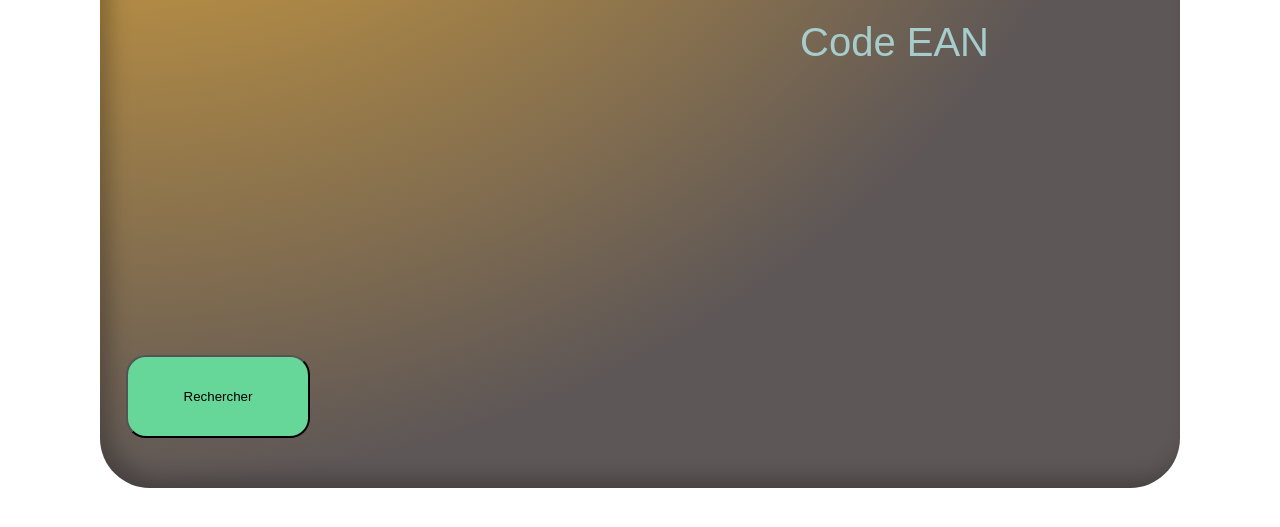
Repository: Zouz01/exo-toucan
Page: index.html
The author's editor kept a copy of each file at every save. The page is drawn from the files as they stood at one save, then again after the next save.
The browser window is 1280 px wide. The pictures show the whole page.

Above is the page before, as saved 2023-09-21 11:39:52.

### index.html
<!DOCTYPE html>
<html lang="fr">
<head>
    <meta charset="UTF-8">
    <meta name="viewport" content="width=device-width, initial-scale=1">
    <title>TOUCAN API</title>
    <link rel="stylesheet" type="text/css" href="main.css">
</head>
<body>
    <div class="container">
        <!-- Formulaire de recherche -->
        <form id="product-form" action="https://fr.openfoodfacts.org/api/v0/product/<<code_EAN_13>>" method="POST">
            <label for="code_ean">Code EAN </label>
            <input type="text" id="code_ean" name="code_ean" placeholder="Entrez le code EAN ici"><!-- Champ de saisie du code EAN -->
            <button type="submit" id="submit">Rechercher</button> <!-- Bouton de soumission du formulaire -->
        </form>

        <!-- Conteneur pour l'affichage de l'image et des informations -->
        <div><img id="img"></div>
        <div id="product-info"></div>
    </div>

    <!-- Inclusion du script JavaScript -->
    <script src="main.js"></script>
</body>
</html>

### main.css
body {
    font-family: Arial, sans-serif;




    display: flex; /* Utilisation de Flexbox pour centrer le contenu */
    justify-content: center; /* Centre horizontalement */
    align-items: center; /* Centre verticalement */

}

.container {
    width: 428px;
    height: 926px;
   position: fixed;
    text-align: center;

    background: radial-gradient(100% 100% at 0% 0%, #FFBA33 0%, #5e5757 100%);
   /* background: radial-gradient(100% 100% at 0% 0%, #A6A6A6 0.46%, #000000 78.06%);
    background: linear-gradient(167.94deg, #7AA77E 0%, #476F72 100%);*/

    opacity: 1.8;
    box-shadow: inset 10px -10px 20px rgba(0, 0, 0, 0.25);
    border-radius: 50px;
}

/* position ecriture label*/
label {

    top: 20px;
    font-size: 40px;
    color: rgb(167, 204, 204);
   left: 120px;
    position :fixed;



}
/*position img*/
#img {
    position: relative;
   border-radius: 20px;
   width: 20%;
   top: 600px;
}

/*position retour d'information produit*/
 #product-info {
    position: absolute;
    padding: 20px;
    color:rgb(171, 221, 205);
    top: 100px;

 }
h2 {
    font-size: xx-large;
    color: #7af3b1;
}
p{
    font-size: larger ;
}

/* Champ de saisie pour entrer le code EAN */
#code_ean {
    position: absolute;
   border-radius: 20px;
    width: 382px;
    height: 38px;
   right:24px ;
    top: 80px;
    font-family: 'Montserrat';
font-style: normal;
font-weight: 500;
font-size: 25px;
line-height: 30px;
text-align: center;

color: #0f0d0d;



}

/* Bouton de recherche */
button[type="submit"] {
    position: absolute;
    width: 144px;
    height: 63px;
  background-color: #67d699;
    bottom: 50px;
    border-radius: 20px;
    right: 145px;



}




/* styles pour les écrans plus grands */
@media (min-width: 900px) {
     .container {
        width: 1080px;
        height: 960px;
     }
        button[type="submit"] {
            position: absolute;
    width: 184px;
    height: 83px;
  background-color: #67d699;
    bottom: 50px;
    border-radius: 20px;
    right: 870px;
        }
        #code_ean {
            position: absolute;
           border-radius: 20px;
            width: 1382px;
            height: 68px;
           right:15% ;
            top: 80px;
            font-family: 'Montserrat';
        font-style: normal;
        font-weight: 500;
        font-size: 25px;
        line-height: 30px;
        text-align: center;
        color: #0f0d0d;

 }
 label {

    top: 20px;
    font-size: 40px;
    color: rgb(167, 204, 204);
   left: 800px;
    position :fixed;

}
#product-info {
    position: absolute;
    padding: 50px;
    color:rgb(171, 221, 205);
    top: 200px;
    left: 30%;

 }
 #img {
    position: relative;
   border-radius: 20px;
   max-width: 20%;
   max-height: 10%;
   top: 230px;
   right: 30%;
}
h2 {
    font-size: 50px;
    color: aqua;
}
p{
    font-size: 30px ;
}
}

### main.js
const form = document.querySelector("#product-form"); //Interagit avec  HTML avec l'id "product-form"
const code_ean = document.querySelector("#code_ean"); //Interagit avec  HTML  avec l'id "code_ean"
const productInfo = document.querySelector("#product-info"); //Interagit avec  HTML avec l'id "les informations produits"
const img = document.querySelector("#img");  //Interagit avec  HTML avec l'id "les images"
const submit = document.querySelector("#submit");  //Interagit avec  HTML avec l'id "Boutton envoi"


submit.addEventListener("click", (e) => { // Ecouteur d'événement sur le bouton d'envoi qui écoute un événement de clic
    e.preventDefault();

    // validation du code
    if (code_ean.value.length !== 13) {
        alert("Le code EAN doit contenir 13 chiffres.");// Le script vérifie si la valeur du champ de saisie du code EAN comporte 13 caractères
        return;                                         // Sinon, il affiche une alerte indiquant que le code EAN doit contenir 13 chiffres.
    }else

// Si code correct alors ...
    // Récupére les informations du produit depuis l'API
    fetch("https://fr.openfoodfacts.org/api/v0/product/" + code_ean.value) //Méthode pour envoyer une requête GET à l'API
        .then((reponse) => reponse.json())   //  Convertit  la réponse de l'API en JSON
        .then((data) => {                    //  Pour accéder aux données.
            let product = data.product;
            img.src = product.image_url;


             //Affiche les informations sur le produit, ( avec innerHTML on definila source de l'éléments)
             productInfo.innerHTML =`
             <h2><b>Nom</b> : ${product.abbreviated_product_name}</h2>
             <p><b>Marque</b> : ${product.brands}</p>
             <p><b>Catégorie</b> : ${product.categories}</p>
             <p><b>Ingrédients</b> : ${product.ingredients_text}</p>`
             console.log (data)
        }); // ${} veut dire interpreter

});

   /*fecht veut dire aller chercher*/

After the next save:
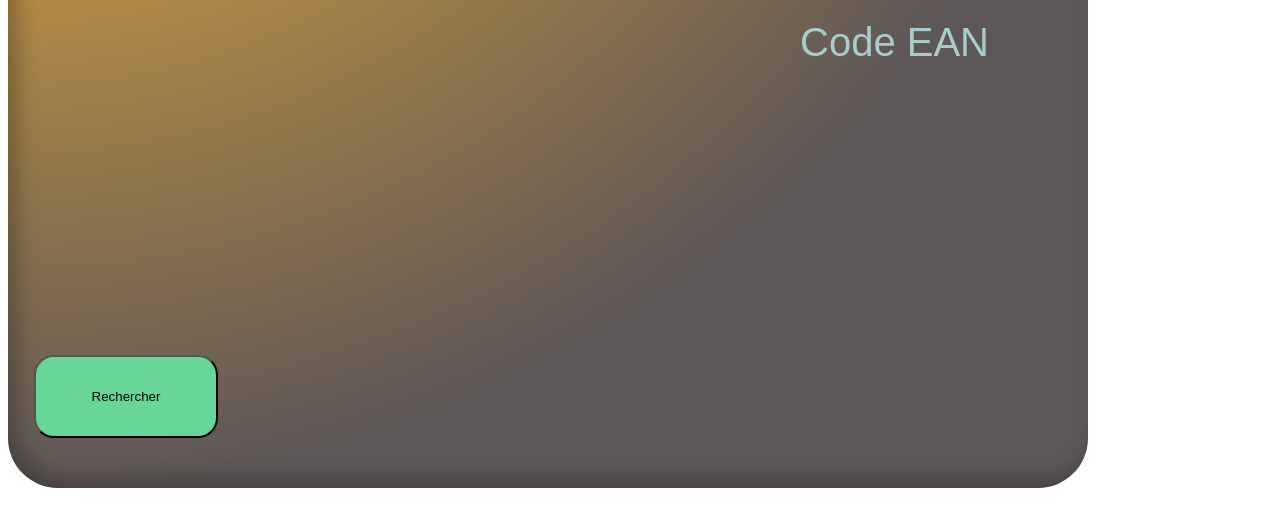
Saved 4 s later.
--- a/main.css
+++ b/main.css
@@ -5,7 +5,7 @@ body {
 
 
     display: flex; /* Utilisation de Flexbox pour centrer le contenu */
-    justify-content: center; /* Centre horizontalement */
+
     align-items: center; /* Centre verticalement */
 
 }
